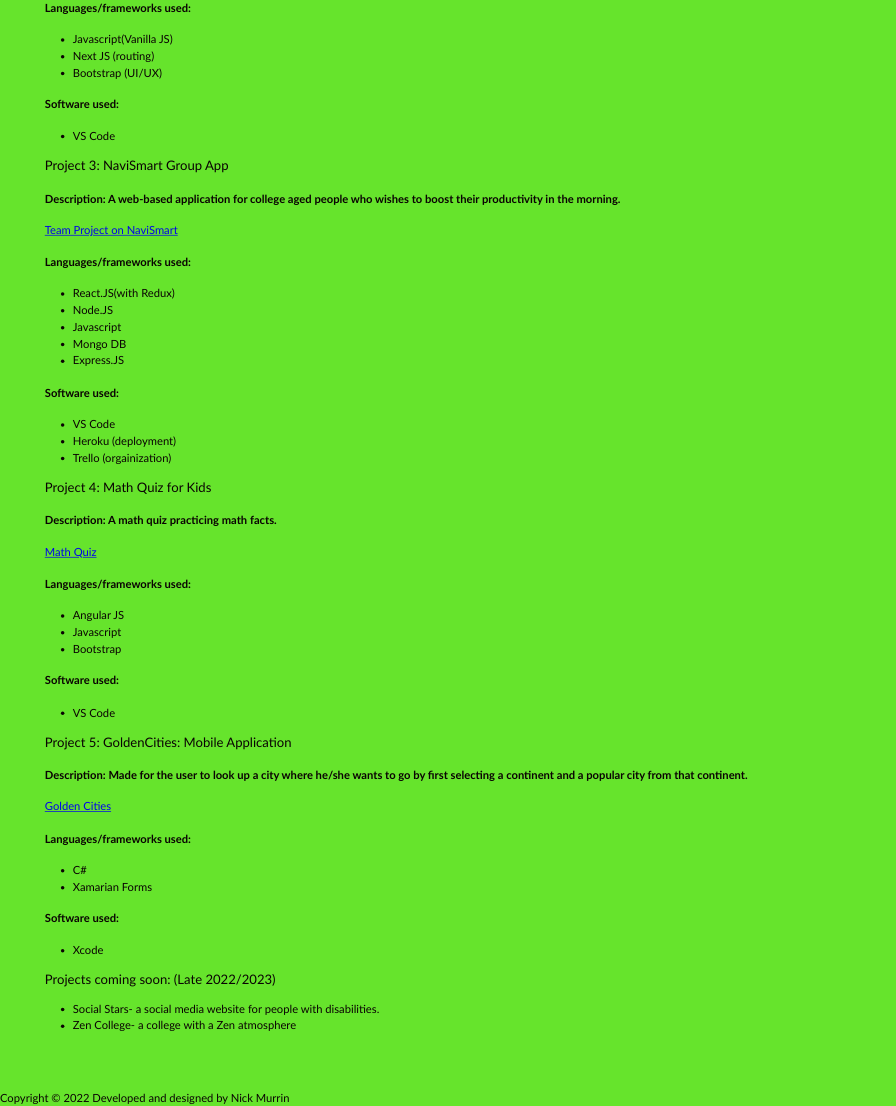
Repository: collegedude9300/modernport
Page: about.html
These files come from the project's save history. The page is drawn as it stood at one moment and after the next save; the edit follows.
The browser window is 1280 px wide. The pictures show the part of the page from y = 962 to 2882 px (the page is 2542 px tall before and 2882 px after), at 70% of full size.

Above is the page before, as saved 2022-10-21 17:45:40.

### about.html
<!DOCTYPE html>
<html lang="en">
<head>
  <meta charset="UTF-8">
  <meta name="viewport" content="width=device-width, initial-scale=1.0">
  <meta http-equiv="X-UA-Compatible" content="ie=edge">
  <link rel="stylesheet" href="css/main.css">
  <title>Portfolio</title>
</head>
<body>
<header>
<div class="menu-btn">
<div class="btn-line"></div>
<div class="btn-line"></div>
<div class="btn-line"></div>
</div>

<nav class="menu">
<div class="menu-branding">
<div class="portrait"></div>
</div>

<ul class="menu-nav">
<li class="nav-item">
<a href="index.html" class="nav-link">
Home
</a>
</li>

<li class="nav-item current">
<a href="about.html" class="nav-link">
About Me
</a>
</li>



<li class="nav-item">
<a href="contact.html" class="nav-link">
Contact Me
</a>
</li>
</ul>
</nav>
</header>
<main id="home">

<h1 class="lg-heading">
About Me:
</h1>
    <div class="about-info">
      <div class="bio">
        <p>My name is Nick Murrin and I am a Computer Science graduate of California State University San Marcos.
        I also have a certification in web development, specifically in Full Stack Web Developement.
        My  current expertise is in Front End Web Development.
        I take pride in my  work, and I am always available to help people with their websites.
        </p>
      </div>
      <div class="project1">
        <h3>Project 1: Education Station </h3>
        <h4>Description: An educational website that reinforces early education for younger kids.</h4>
        <a href="https://educationstation.vercel.app/ "/>Education Station </a>
<h4> Languages/frameworks used: </h4>
<ul>
  <li>Javascript (Vanilla JS)</li>
  <li>Bootstrap</li>
</ul>
<h4> Software used: </h4>
<ul>
<li> Notepad ++  </li>
</ul>
      </div>
      <div class="project2">
        <h3>Project 2: Zen Station</h3>
        <h4>Description: A relaxing website that allows users to settle down by living in the moment through various forms of enlightenment.
          (formally known as Zen Center, but now remastered)</h4>
        <a href="https://zenstationnext.vercel.app/"/> Zen Station </a>
<h4> Languages/frameworks used: </h4>
<ul>
  <li>Javascript(Vanilla JS)</li>
  <li>Next JS (routing)</li>
  <li>Bootstrap (UI/UX)</li>
</ul>
<h4> Software used: </h4>
<ul>
<li> VS Code  </li>
</ul>
      </div>
      <div class="project3">
        <h3>Project 3: NaviSmart Group App</h3>
        <h4>Description: A web-based application for college aged people who wishes to boost their productivity in the morning.
        </h4>
        <a href="https://github.com/Willhanau/FigNeutrons">Team Project on NaviSmart</a>
 <h4> Languages/frameworks used: </h4>
<ul>
  <li>React.JS(with Redux)</li>
  <li>Node.JS</li>
  <li>Javascript</li>
  <li> Mongo DB  </li>
  <li>Express.JS</li>
</ul>
<h4> Software used: </h4>
<ul>
<li> VS Code  </li>
<li> Heroku (deployment)  </li>
<li> Trello (orgainization)  </li>
</ul>
</div>

<div class="project4">
        <h3>Project 4: Math Quiz for Kids</h3>
        <h4>Description: A math quiz practicing math facts.</h4>
        <a href="https://mathquiz-sigma.vercel.app/"/> Math Quiz </a>
<h4> Languages/frameworks used: </h4>
<ul>
  <li>Angular JS</li>
  <li>Javascript</li>
  <li>Bootstrap</li>
</ul>
<h4> Software used: </h4>
<ul>
<li> VS Code  </li>
</ul>
      </div>
</div>
<div class="project5">
        <h3>Project 5: GoldenCities: Mobile Application</h3>
        <h4>Description: Made for the user to look up a city where he/she wants to go by first selecting a continent and a popular city from that continent.</h4>
        <a href="https://github.com/collegedude9300/goldencity"/> Golden Cities </a>
<h4> Languages/frameworks used: </h4>
<ul>
  <li>C#</li>
  <li>Xamarian Forms</li>
</ul>
<h4> Software used: </h4>
<ul>
<li> Xcode  </li>
</ul>
      </div>
</div>
<h3> Projects coming soon: (Late 2022/2023)      </h3>
<ul>
  <li>Social Stars- a social media website for people with disabilities.</li>
  <li>Zen College- a college with a Zen atmosphere</li>
</ul>
</main>
  <footer id="main-footer">
  Copyright &copy; 2022
  Developed and designed by Nick Murrin
  </footer>
<script src="js/main.js"> </script>
</body>
</html>

### css/main.css
.menu-btn {
  position: absolute;
  z-index: 3;
  right: 35px;
  top: 35px;
  cursor: pointer;
  transition: all 0.5s ease-out; }
  .menu-btn .btn-line {
    width: 28px;
    height: 3px;
    margin: 0 0 5px 0;
    background: #000;
    transition: all 0.5s ease-out; }
  .menu-btn.close {
    transform: rotate(180deg); }
    .menu-btn.close .btn-line:nth-child(1) {
      transform: rotate(45deg) translate(5px, 5px); }
    .menu-btn.close .btn-line:nth-child(2) {
      opacity: 0; }
    .menu-btn.close .btn-line:nth-child(3) {
      transform: rotate(-45deg) translate(7px, -6px); }

.menu {
  position: fixed;
  top: 0;
  width: 100%;
  opacity: 0.9;
  visibility: hidden; }
  .menu.show {
    visibility: visible; }
  .menu-branding, .menu-nav {
    display: flex;
    flex-flow: column wrap;
    align-items: center;
    justify-content: center;
    float: left;
    width: 50%;
    height: 100vh;
    overflow: hidden; }
  .menu-nav {
    margin: 0;
    padding: 0;
    background: #f6a205;
    list-style: none;
    transform: translate3d(0, -100%, 0);
    transition: all 0.5s ease-out; }
    .menu-nav.show {
      transform: translate3d(0, 0, 0); }
  .menu-branding {
    background: #faac1b;
    transform: translate3d(0, 100%, 0);
    transition: all 0.5s ease-out; }
    .menu-branding.show {
      transform: translate3d(0, 0, 0); }
    .menu-branding .portrait {
      width: 250px;
      height: 250px; }
  .menu .nav-item {
    transform: translate3d(600px, 0, 0);
    transition: all 0.5s ease-out; }
    .menu .nav-item.show {
      transform: translate3d(0, 0, 0); }
  .menu .nav-link {
    display: inline-block;
    position: relative;
    font-size: 30px;
    text-transform: uppercase;
    padding: 1rem 0;
    font-weight: 300;
    color: #000;
    text-decoration: none;
    transition: all 0.5s ease-out; }

.nav-item:nth-child(1) {
  transition-delay: 0.1s; }

.nav-item:nth-child(2) {
  transition-delay: 0.2s; }

.nav-item:nth-child(3) {
  transition-delay: 0.3s; }

.nav-item:nth-child(4) {
  transition-delay: 0.4s; }

@media screen and (min-width: 1171px) {
  .projects {
    grid-template-columns: repeat(4, 1fr); } }

@media screen and (min-width: 769px) and (max-width: 1170px) {
  .projects {
    grid-template-columns: repeat(3, 1fr); } }

@media screen and (max-width: 768px) {
  main {
    align-items: center;
    text-align: center; }
    main .lg-heading {
      line-height: 1;
      margin-bottom: 1rem; }
  ul.menu-nav,
  div.menu-branding {
    float: none;
    width: 100%;
    min-height: 0; }
    ul.menu-nav.show,
    div.menu-branding.show {
      transform: translate3d(0, 0, 0); }
  .menu-nav {
    height: 75vh;
    transform: translate3d(-100%, 0, 0);
    font-size: 24px; }
  .menu-branding {
    height: 25vh;
    transform: translate3d(100%, 0, 0); }
    .menu-branding .portrait {
      width: 150px;
      height: 150px; }
  .about-info {
    grid-template-areas: 'bioimage'
 'bio'
 'job1'
 'job2'
 'job3';
    grid-template-columns: 1fr; }
  .projects {
    grid-template-columns: repeat(2, 1fr); } }

@media screen and (max-width: 500px) {
  main {
    padding: 2rem; }
    main #home h1 {
      margin-top: 10vh; }
    main .lg-heading {
      margin-top: 1rem;
      font-size: 5rem; }
  .projects {
    grid-template-columns: 1fr; } }

* {
  box-sizing: border-box; }

body {
  background: #66e42c;
  color: #0a0303;
  height: 100%;
  margin: 0;
  font-family: 'Trebuchet MS', 'Lucida Sans Unicode', 'Lucida Grande', 'Lucida Sans', Arial, sans-serif;
  line-height: 1.5; }

.transition1 {
  width: 150px;
  height: 150px;
  background: red;
  transition: width 3s; }

.transition2 {
  width: 150px;
  height: 150px;
  background: #12e7ee;
  transition: width 3s; }

.transition3 {
  width: 150px;
  height: 150px;
  background: #e7d918;
  transition: width 3s; }

.transition4 {
  width: 150px;
  height: 150px;
  background: rgba(238, 150, 18, 0.753);
  transition: width 3s; }

.myTitle {
  padding: 50px;
  margin: 20px;
  font-size: 30px;
  font-family: Cambria, Cochin, Georgia, Times, 'Times New Roman', serif;
  color: #1133ca; }

h1, h2, h3 {
  margin: 0;
  font-weight: 400; }

.lg-heading {
  font-size: 6rem; }

header {
  position: relative;
  z-index: 2; }

main {
  padding: 4rem;
  height: 100%; }
  main#home {
    overflow: hidden; }
  main h1 {
    margin-top: 20vh; }

### js/main.js
// Select DOM Items
const menuBtn = document.querySelector('.menu-btn');
const menu = document.querySelector('.menu');
const menuNav = document.querySelector('.menu-nav');
const menuBranding = document.querySelector('.menu-branding');
const navItems = document.querySelectorAll('.nav-item');

// Set Initial State Of Menu
let showMenu = false;

menuBtn.addEventListener('click', toggleMenu);

function toggleMenu() {
  if (!showMenu) {
    menuBtn.classList.add('close');
    menu.classList.add('show');
    menuNav.classList.add('show');
    menuBranding.classList.add('show');
    navItems.forEach(item => item.classList.add('show'));

    // Set Menu State
    showMenu = true;
  } else {
    menuBtn.classList.remove('close');
    menu.classList.remove('show');
    menuNav.classList.remove('show');
    menuBranding.classList.remove('show');
    navItems.forEach(item => item.classList.remove('show'));

    // Set Menu State
    showMenu = false;
  }
}

After the next save:
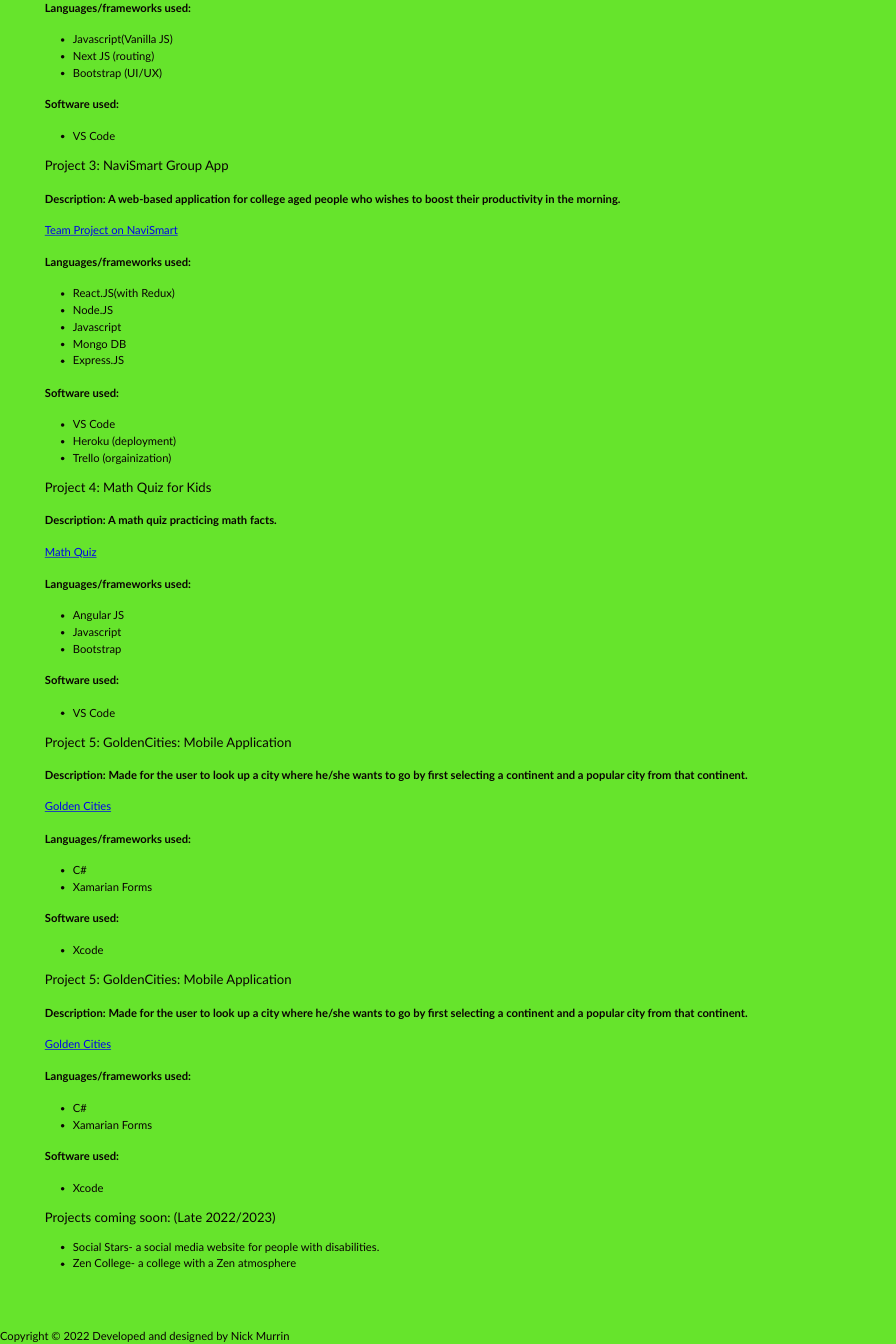
Saved 4 min 55 s later.
--- a/about.html
+++ b/about.html
@@ -138,6 +138,21 @@ About Me:
 </ul>
       </div>
 </div>
+<div class="project6">
+  <h3>Project 5: GoldenCities: Mobile Application</h3>
+  <h4>Description: Made for the user to look up a city where he/she wants to go by first selecting a continent and a popular city from that continent.</h4>
+  <a href="https://github.com/collegedude9300/goldencity"/> Golden Cities </a>
+<h4> Languages/frameworks used: </h4>
+<ul>
+<li>C#</li>
+<li>Xamarian Forms</li>
+</ul>
+<h4> Software used: </h4>
+<ul>
+<li> Xcode  </li>
+</ul>
+</div>
+</div>
 <h3> Projects coming soon: (Late 2022/2023)      </h3>
 <ul>
   <li>Social Stars- a social media website for people with disabilities.</li>
